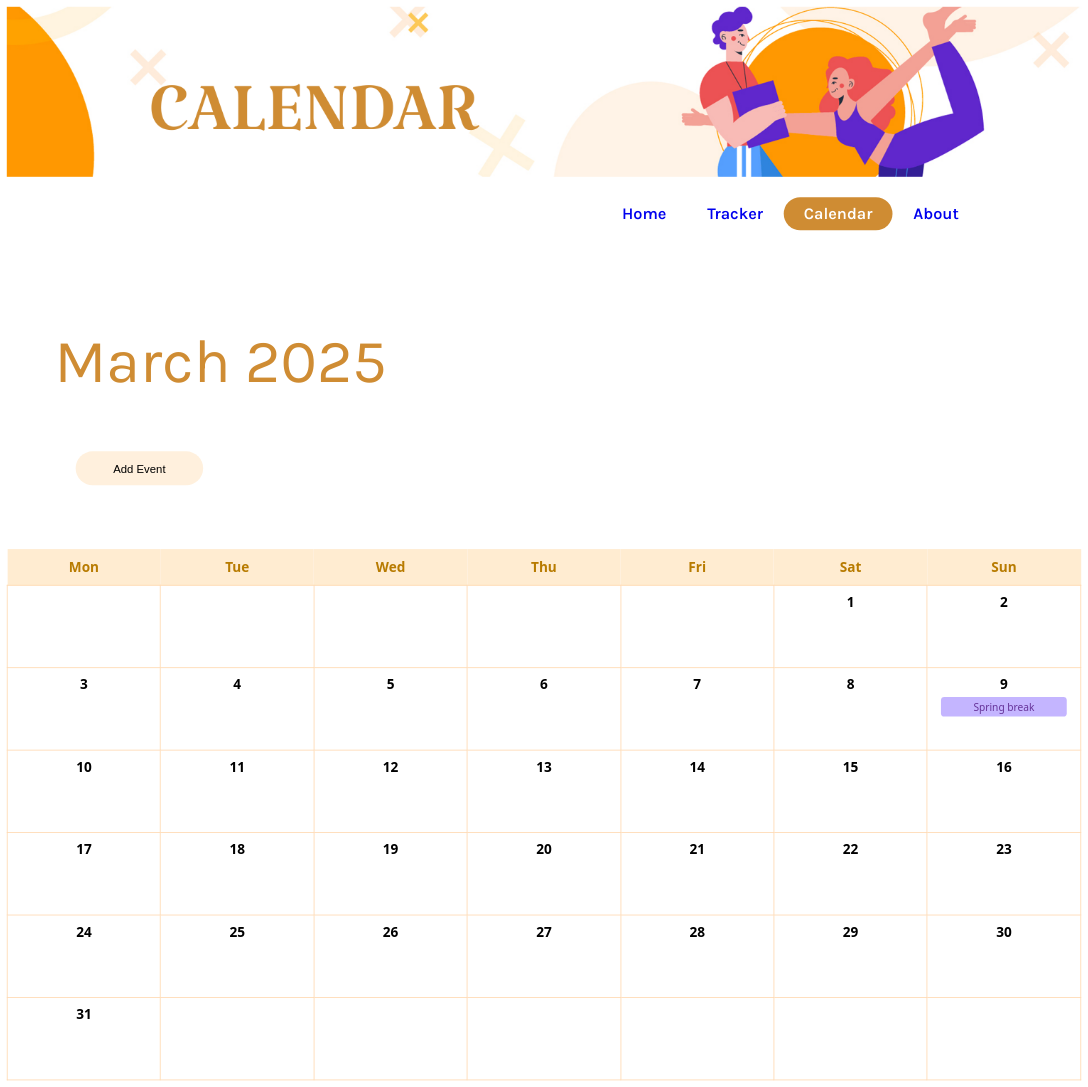
Repository: SandyLy453/habit-tracker
Page: http://localhost/calendar
An editor plug-in stored every save of this project. The page is shown before and after the next save, followed by the edit.
The browser window is 1280 px wide. The pictures show the whole page, at 85% of full size.
Some web fonts or font styles are not loaded; a fallback is used. The page is served by the project's Node server (server.js).

Above is the page before, as saved 2025-03-16 17:59:05.

### views/pages/calendar.ejs
<!DOCTYPE html>
<html lang="en">
<head>
  <meta charset="UTF-8">
  <meta name="viewport" content="width=device-width, initial-scale=1.0">
  <link rel="stylesheet" href="/styles.css">
  <link rel="preconnect" href="https://fonts.googleapis.com">
  <link rel="preconnect" href="https://fonts.gstatic.com" crossorigin>
  <link href="https://fonts.googleapis.com/css2?family=Katibeh&display=swap" rel="stylesheet">
</head>
<body>
  <%- include('../partials/header', { activePage: 'calendar' }) %>

  <div class="calendar-container">
    <div class="calendar-nav">
      <h2 id="month-year">
        <%= new Date(currentYear, currentMonth).toLocaleString('default', { month: 'long', year: 'numeric' }) %>
      </h2>
      <div class="calendar-add">
        <button id="add-event-btn">Add Event</button>
      </div>
    </div>
    </div>

    <table class="calendar-table">
      <thead>
        <tr>
          <th>Mon</th>
          <th>Tue</th>
          <th>Wed</th>
          <th>Thu</th>
          <th>Fri</th>
          <th>Sat</th>
          <th>Sun</th>
        </tr>
      </thead>
      <tbody>
        <%
          const firstDay = new Date(currentYear, currentMonth, 1);
          const firstDayIndex = (firstDay.getDay() + 6) % 7; // Adjust so week starts on Monday
          const daysInMonth = new Date(currentYear, currentMonth + 1, 0).getDate();
          let dateCount = 1;

          for (let i = 0; i < 6; i++) { %>
          <tr>
            <% for (let j = 0; j < 7; j++) { %>
              <% if ((i === 0 && j < firstDayIndex) || dateCount > daysInMonth) { %>
                <td></td>
              <% } else { %>
                <!-- Add data-date attribute so we know which day this cell represents -->
                <td class="calendar-day" data-date="<%= dateCount %>">
                  <span class="date-number"><%= dateCount %></span>
                  <% if (currentMonth === 2 && dateCount === 9) { %>
                    <div class="event">Spring break</div>
                  <% } %>
                </td>
                <% dateCount++; %>
              <% } %>
            <% } %>
          </tr>
        <% } %>
      </tbody>
    </table>

  <!-- ========== MODAL OVERLAY ========== -->
  <div class="overlay hidden" id="add-event-overlay">
    <div class="modal">
      <h2>Add Event</h2>

      <label for="modal-month">Month</label>
      <input type="text" id="modal-month" placeholder="e.g., 3 for March" />

      <label for="modal-date">Date</label>
      <input type="text" id="modal-date" placeholder="e.g., 15" />

      <!-- Event Description -->
      <label for="modal-description">Event Description</label>
      <input type="text" id="modal-description" placeholder="e.g., Birthday" />

      <div class="modal-buttons">
        <button id="cancel-event-btn">Cancel</button>
        <button id="submit-event-btn">Add</button>
      </div>
    </div>
  </div>

  <!-- ========== CLIENT-SIDE SCRIPT ========== -->
  <script>
    const addEventBtn = document.getElementById('add-event-btn');
    const overlay = document.getElementById('add-event-overlay');
    const cancelEventBtn = document.getElementById('cancel-event-btn');
    const submitEventBtn = document.getElementById('submit-event-btn');

    // Show the modal overlay
    addEventBtn.addEventListener('click', () => {
      overlay.classList.remove('hidden');
    });

    // Hide the modal overlay
    cancelEventBtn.addEventListener('click', () => {
      overlay.classList.add('hidden');
    });

    // Add event to the correct day cell
    submitEventBtn.addEventListener('click', () => {
      const monthInput = document.getElementById('modal-month').value.trim();
      const dateInput = document.getElementById('modal-date').value.trim();
      const descriptionInput = document.getElementById('modal-description').value.trim();

      // Basic validation
      if (!monthInput || !dateInput || !descriptionInput) {
        alert("Please fill out all fields.");
        return;
      }

      const monthNumber = parseInt(monthInput, 10);
      const dateNumber = parseInt(dateInput, 10);
      if (isNaN(monthNumber) || isNaN(dateNumber)) {
        alert("Invalid month or date. Please enter numeric values.");
        return;
      }

      // Find the matching cell in the table
      const cells = document.querySelectorAll('.calendar-day');
      let found = false;
      cells.forEach(cell => {
        const cellMonth = parseInt(cell.getAttribute('data-month'), 10);
        const cellDay = parseInt(cell.getAttribute('data-day'), 10);

        // If it matches the user input
        if (cellMonth === (monthNumber - 1) && cellDay === dateNumber) {
          found = true;
          // Create a new event div
          const eventDiv = document.createElement('div');
          eventDiv.className = 'event';
          eventDiv.textContent = descriptionInput;
          cell.appendChild(eventDiv);
        }
      });

      if (!found) {
        alert("No matching date cell found in this month's calendar.");
      }

      // Hide overlay and reset form
      overlay.classList.add('hidden');
      document.getElementById('modal-month').value = "";
      document.getElementById('modal-date').value = "";
      document.getElementById('modal-description').value = "";
    });
  </script>
</body>
</html>

### views/partials/header.ejs
<!DOCTYPE html>
<html lang="en">
<head>
    <meta charset="UTF-8">
    <meta name="viewport" content="width=device-width, initial-scale=1.0">
    <title>
        <%= typeof title != 'undefined' ? title : 'Page Title' %>
    </title>
    <link rel="stylesheet" href="/styles.css">
    <link rel="preconnect" href="https://fonts.googleapis.com">
    <link rel="preconnect" href="https://fonts.gstatic.com" crossorigin>
    <link href="https://fonts.googleapis.com/css2?family=Karla:ital,wght@0,200..800;1,200..800&family=Roboto:ital,wght@0,100..900;1,100..900&display=swap" rel="stylesheet">
</head>
<body>
    <header>
        <div class="header_container">
            <img src="<%= activePage === 'home' ? '/images/home_banner.png' : activePage === 'tracker' ? '/images/tracker_banner.png' : activePage === 'calendar' ? '/images/calendar_banner.png' : '/images/about_banner.png' %>" alt="Banner Images"/>
            <ul class="header">
                <li><a href="/" class="header_items <%= activePage === 'home' ? 'highlight' : '' %>">Home</a></li>
                <li><a href="/tracker" class="header_items <%= activePage === 'tracker' ? 'highlight' : '' %>">Tracker</a></li>
                <li><a href="/calendar" class="header_items <%= activePage === 'calendar' ? 'highlight' : '' %>">Calendar</a></li>
                <li><a href="/about" class="header_items <%= activePage === 'about' ? 'highlight' : '' %>">About</a></li>
              </ul>
        </div>
    </header>
</body>
</html>

### server.js
import pg from 'pg';
import express from 'express';
import bodyParser from 'body-parser';
import dotenv from 'dotenv';
import path from 'path';
import { fileURLToPath } from 'url';

const __filename = fileURLToPath(import.meta.url);
const __dirname = path.dirname(__filename);

dotenv.config();

// Database setup
const db = new pg.Client({
  user: process.env.DB_USER,
  host: process.env.DB_HOST,
  database: process.env.DB_DATABASE,
  password: process.env.DB_PASSWORD,
  port: process.env.DB_PORT,
});

db.connect()
  .then(() => {
    console.log('Connected to the database');
  })
  .catch(err => {
    console.error('Database connection error:', err.stack);
});

const app = express();
const port = 3000;

app.set('views', path.join(__dirname, 'views'));

// Middleware
app.use(bodyParser.urlencoded({ extended: true }));
app.use(express.static('public'));  // Serve static files from the public folder
app.set('view engine', 'ejs');

// Routes
app.get('/', (req, res) => {
  res.render('pages/home', {
    title: "Personal Habit Tracker",
    activePage: 'home',
    paragraph: "Track your progress today for better habits."
  });
});

app.get('/tracker', (req, res) => {
  res.render('pages/tracker', {
    title: "My Habits Tracker",
    activePage: 'tracker',
    paragraph: " "
  });
});

app.get('/calendar', (req, res) => {
  let { month, year } = req.query;

  // If month/year not provided, use today's date
  if (!month || !year) {
    const currentDate = new Date();
    month = currentDate.getMonth();
    year = currentDate.getFullYear();
  } else {
    // Convert to numbers
    month = parseInt(month, 10);
    year = parseInt(year, 10);
  }
  res.render('pages/calendar', {
    currentMonth: month,
    currentYear: year,
  });
});


app.get('/about', (req, res) => {
  res.render('pages/about', {
    title: "About",
    activePage: 'about',
  });
});

app.listen(port, () => {
  console.log(`App listening at port ${port}`);
});

### public/styles.css
:root {
    --header-font: "Karla", sans-serif;
    --heading-font: "Lora", serif;

    --font-styles-bold: 600;
    --font-styles-regular: 400;
    --header-large: 1.2rem;
    --page-heading: 2.5rem;
    --page-details: 1.1rem;

    --card-status-inProgress: #CF8C33;
    --card-paragraph: #4A4A4A;
    --card-status-done: #03a903;

    --schedules-reading: #FFCF90;
    --schedules-running: #B2ABEA;
    --schedules-drawing: #E0F1FF;
    --schedules-meditation: #FFDDE9;
    --event-backgroundColor: #FFF7EC;

    --numDays: 5;
    --numHours: 10;
    --timeHeight: 60px;
}

body {
    font-family: Arial, sans-serif;
    text-align: center;
}

input, button {
    margin: 5px;
    padding: 8px;
}

/* Header */
.header_container img {
    margin: 0;
    padding: 0;
    display: block;
    width: 100%;
    height: 100%;
    object-fit: cover;
}

.header {
    display: flex;
    flex-direction: row;
    justify-content:flex-end;
    list-style: none;
    margin: 2rem 120px;
    font-family: var(--header-font);
    font-weight: var(--font-styles-bold);
    font-size: var(--header-large);
}

.header_items {
    text-decoration: none;
    padding: .5rem 1.5rem;
    border-radius: 20px;
}

.header_items.highlight {
    color: white;
    background-color: var(--card-status-inProgress);
}

/* Home Page */
.heading_section {
    text-align: left;
    margin: 6rem 120px 4rem 120px;
}

.heading_section h1 {
    font-family: var(--heading-font);
    font-weight: var(--font-styles-regular);
    font-size: var(--page-heading);
    margin-bottom: 0;
}

.heading_section p {
    font-size: var(--page-details);
    margin-top: .5rem;
    font-style: italic;
}

.main_content {
    display: flex;
    flex-direction: row;
    margin: 0 120px 7rem 120px;
    gap: 2rem;
    text-align: left;
    align-items: flex-start;
}

/* Home Page Cards */

.cards_section {
    width: 50%;
    display: flex;
    flex-direction: column;
    justify-content: flex-start;
    padding: 0;
}

.cards_section h2,
.schedules_section h2 {
    font-family: var(--heading-font);
}

.cards {
    display: flex;
    flex-direction: row;
    flex-wrap: wrap;
    gap: 20px;
}

.card {
    position: relative;
    background-color: white;
    border-radius: 8px;
    border: 2px solid #D8D8D8;
    padding: 15px;
    width: 240px;
    height: 180px;
    text-align: left;
    overflow: hidden;
}

.card img {
    width: 100%;
    height: 100px;
    object-fit: cover;
    position: absolute;
    overflow: hidden;
    top: 0;
    left: 0;
    right: 0;
}

.habit {
    position: relative;
    display: flex;
    flex-direction: row;
    margin-bottom: 15px;
    justify-content: space-between;
    top: 6.5rem;
}

.habit h3 {
    margin: 0;
    font-size: 16px;
}

.habit p {
    margin: 5px 0;
    font-size: 14px;
    color: var(--card-paragraph);
}

.status {
    font-weight: bold;
}

.status.in-progress {
    color: var(--card-status-inProgress);
}

.status.done {
    color: var(--card-status-done);
}

/* Calendar */

.schedules_section {
    width: 50%;
    display: flex;
    flex-direction: column;
}

.calendar {
    display: grid;
    gap: 10px;
    grid-template-columns: auto 1fr;
}

.timeline {
    display: grid;
    grid-template-rows: repeat(var(--numHours), var(--timeHeight));
}

.days {
    display: grid;
    grid-column: 2;
    gap: 5px;
    grid-template-columns: repeat(auto-fit, minmax(100px, 1fr));
}

.events {
    display: grid;
    grid-template-rows: repeat(var(--numHours), var(--timeHeight));
    border-radius: 5px;
    background: var(--event-backgroundColor);
}

.start-10 {
    grid-row-start: 2;
}

.start-12 {
    grid-row-start: 3;
}

.start-1 {
    grid-row-start: 5;
}

.start-2 {
    grid-row-start: 6;
}

.end-12 {
    grid-row-end: 4;
}

.end-1 {
    grid-row-end: 5;
}

.end-3 {
    grid-row-end: 7;
}

.end-4 {
    grid-row-end: 8;
}

.end-5 {
    grid-row-end: 9;
}

.title {
    font-weight: 600;
    margin-bottom: 0.1rem;
}

.event {
    border: 1px solid var(--eventBorderColor);
    border-radius: 5px;
    padding: 0.5rem;
    margin: 0 0.5rem;
    background: white;
}

.events p {
    font-size: 14px;
}

.space,
.date {
    height: 60px
}

body {
    font-family: system-ui, sans-serif;
}

.running {
    background: var(--schedules-running);
}

.drawing {
    background: var(--schedules-drawing);
}

.meditation {
    background: var(--schedules-meditation);
}

.reading {
    background: var(--schedules-reading);
}

.date {
    display: flex;
    gap: 1em;
}

.date-day {
    display: inline;
    font-size: var(--page-details);
}

.calendar-container {
    font-family: Arial, sans-serif;
    margin: 40px auto;
    max-width: 90vw;
    padding: 20px;
}

.calendar-header {
    background-color: #ffe5b4;
    padding: 20px;
    border-radius: 12px 12px 0 0;
    text-align: center;
    color: #c17a00;
}

.calendar-nav {
    text-align: center;
}

.calendar-table {
    width: 100%;
    border-collapse: collapse;
    border-radius: 30px;
}

.calendar-table th {
    background-color: #ffecd1;
    color: #b87b00;
    padding: 10px;
}

.calendar-table td {
    border: 1px solid #ffdab3;
    width: calc(90vw/7);
    height: 80px;
    vertical-align: top;
    padding: 8px;
    margin: 0 5vw;
}

.date-number {
    font-weight: bold;
    text-align: right;
    width: 100%;
}

.event {
    background-color: #c4b5ff;
    color: #663399;
    font-size: 0.75rem;
    padding: 3px 6px;
    border-radius: 4px;
    margin-top: 4px;
}

#month-year {
    color: #CF8C33;
    font-family: var(--header-font);
    font-size: 72px;
    font-weight: 400;
    text-align: left;
}

.calendar-add {
    width: 200px;
    height: 60px;
    margin: 0;
}

#add-event-btn {
    border-radius: 20px;
    background: rgba(255, 207, 144, 0.31);
    width: 150px;
    height: 40px;
    border: none;
}


/* ====== Modal Overlay ====== */
.overlay {
    position: fixed;
    top: 0;
    left: 0;
    width: 100%;
    height: 100%;
    background: rgba(0,0,0,0.3);
    display: flex;
    justify-content: center;
    align-items: center;
    z-index: 999;
}

.hidden {
    display: none;
}

.modal {
    background-color: #ffffff;
    padding: 20px 30px;
    border-radius: 12px;
    width: 500px;
    height: auto;
}

.modal h2 {
    margin-top: 0;
    margin-bottom: 15px;
    font-size: 1.5rem;
}

.modal label {
    display: block;
    margin-top: 10px;
}

.modal input {
    width: 100%;
    padding: 6px;
    margin-top: 4px;
    border: 1px solid #ffd699;
    border-radius: 4px;
}

.modal-buttons {
    margin-top: 20px;
    text-align: right;
}

.modal-buttons button {
    background-color: #fff4cc;
    color: #e6ac00;
    border: none;
    border-radius: 4px;
    padding: 8px 12px;
    margin-left: 10px;
    cursor: pointer;
}

.modal input {
    width: 100%;
}

.modal label {
    width: 100%;
    text-align: left;
}

After the next save:
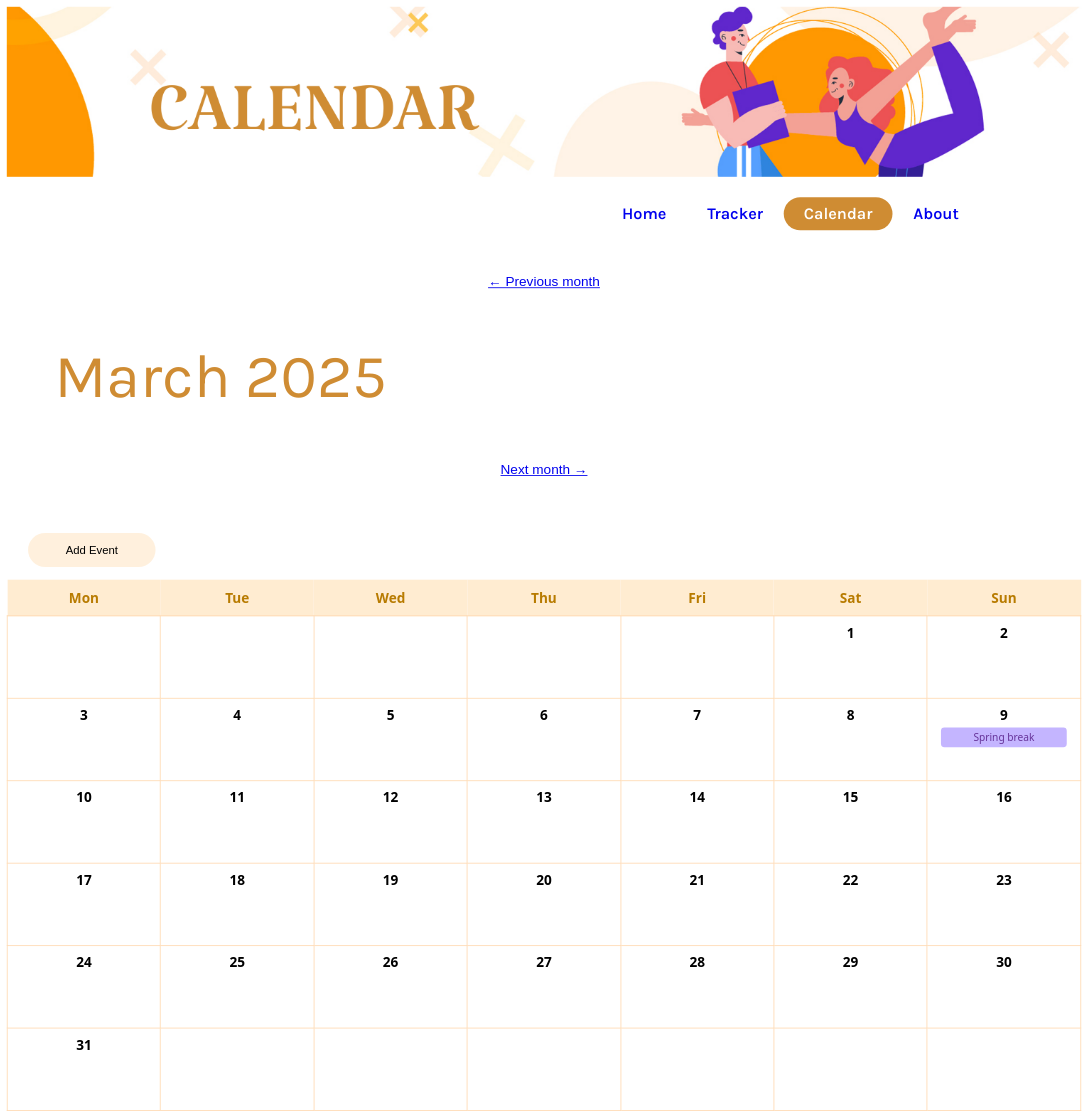
Saved 2 min 17 s later.
--- a/views/pages/calendar.ejs
+++ b/views/pages/calendar.ejs
@@ -11,15 +11,31 @@
 <body>
   <%- include('../partials/header', { activePage: 'calendar' }) %>
 
-  <div class="calendar-container">
-    <div class="calendar-nav">
-      <h2 id="month-year">
-        <%= new Date(currentYear, currentMonth).toLocaleString('default', { month: 'long', year: 'numeric' }) %>
-      </h2>
-      <div class="calendar-add">
-        <button id="add-event-btn">Add Event</button>
-      </div>
-    </div>
+    <div class="calendar-container">
+        <div class="calendar-nav">
+            <a
+              class="nav-link"
+              href="/calendar?month=<%= currentMonth === 0 ? 11 : currentMonth - 1 %>&year=<%= currentMonth === 0 ? currentYear - 1 : currentYear %>"
+            >
+              ← Previous month
+            </a>
+            <h2 id="month-year">
+              <%= new Date(currentYear, currentMonth).toLocaleString('default', {
+                month: 'long',
+                year: 'numeric'
+              }) %>
+            </h2>
+            <a
+              class="nav-link"
+              href="/calendar?month=<%= currentMonth === 11 ? 0 : currentMonth + 1 %>&year=<%= currentMonth === 11 ? currentYear + 1 : currentYear %>"
+            >
+              Next month →
+            </a>
+          </div>
+        </div>
+        <div class="calendar-add">
+            <button id="add-event-btn">Add Event</button>
+        </div>
     </div>
 
     <table class="calendar-table">
